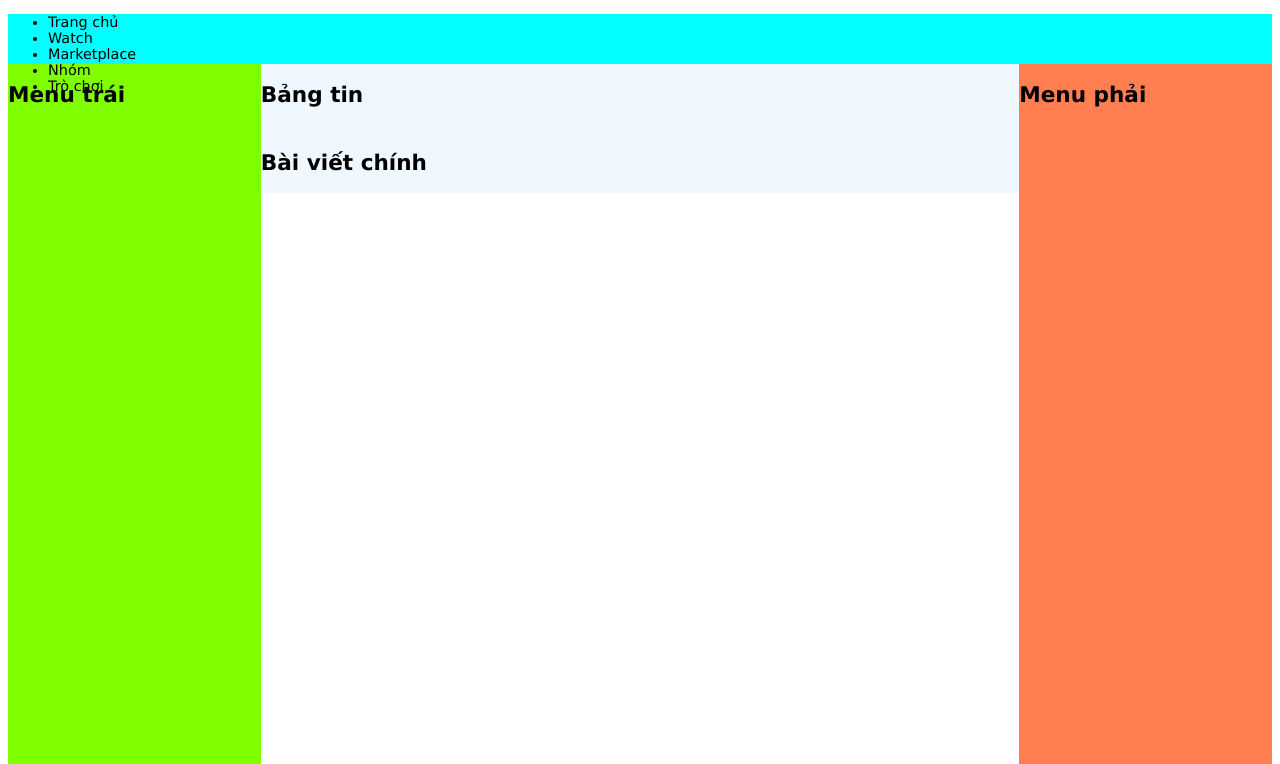
Repository: congle98/CSS_LayoutFacebookCoBan
Page: index.html
An editor plug-in stored every save of this project. The page is shown before and after the next save, followed by the edit.
The browser window is 1280 px wide. The pictures show the whole page.

Above is the page before, as saved 2021-05-26 15:32:38.

### index.html
<!DOCTYPE html>
<html lang="en">
<head>
    <meta charset="UTF-8">
    <meta http-equiv="X-UA-Compatible" content="IE=edge">
    <meta name="viewport" content="width=device-width, initial-scale=1.0">
    <title>Document</title>
    <style>
        body {
            font-family: Verdana,sans-serif;
            font-size: 0.9em;
        }
        header{
            background-color: cyan;
            width: 100%;
            height: 50px;

        }
        #sidebar-left{
            width: 20%;
            float: left;
            background-color: chartreuse;
            height: 700px;
        }
        section{
            width: 60%;
            float: left;
            background-color:aliceblue;
        }
        #sidebar-right{
            width: 20%;
            float: right;
            background-color:coral;
            height: 700px;
        }
        #article-1{
            height: 50px;
            background-color:
        }
        #article-2{

        }

    </style>
</head>
<body>
    <header>
        <nav>
            <ul>
                <li>Trang chủ</li>
                <li>Watch</li>
                <li>Marketplace</li>
                <li>Nhóm</li>
                <li>Trò chơi</li>
            </ul>
        </nav>
    </header>
    <div id="sidebar-left">
        <h2>Menu trái</h2>
    </div>
    <section>
        <article id="article-1">
            <h2>Bảng tin</h2>
        </article>
        <article id="article-2">
            <h2>Bài viết chính</h2>
        </article>
    </section>
    <div id="sidebar-right">
        <h2>Menu phải</h2>
    </div>
</body>
</html>

After the next save:
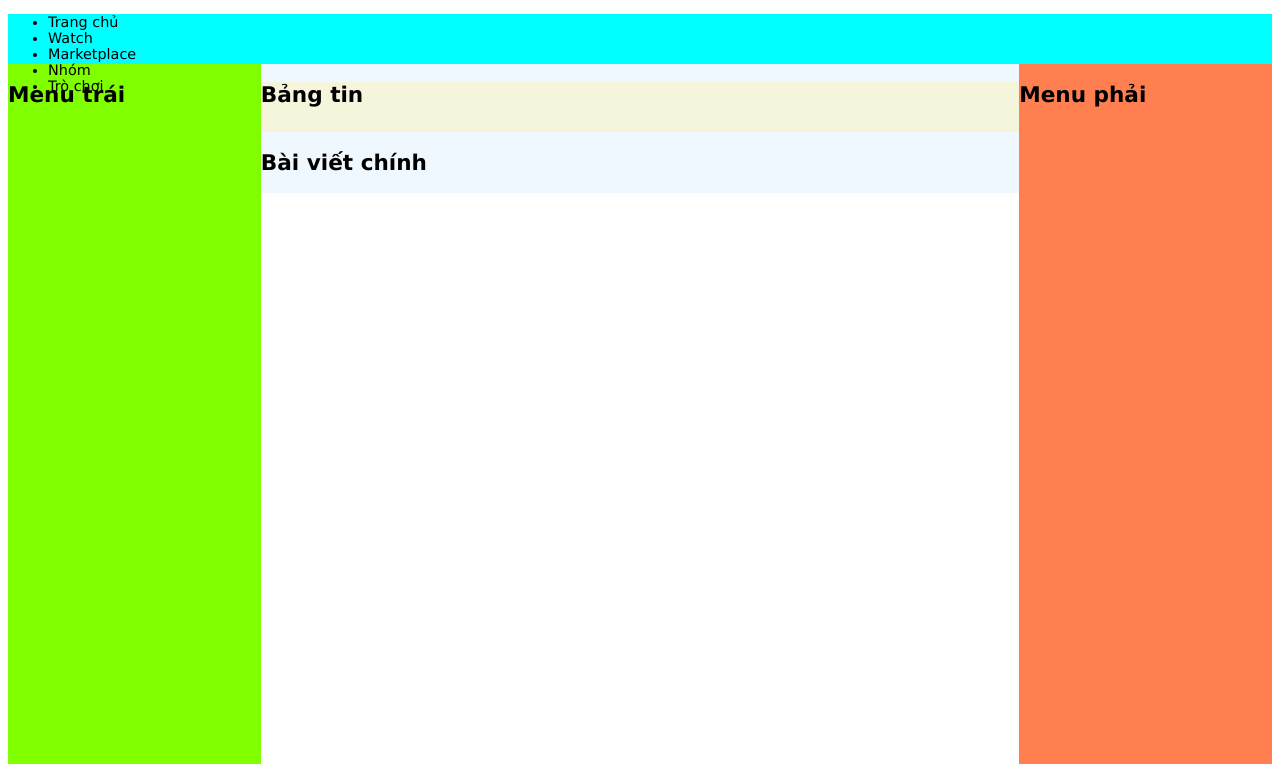
Saved 9 s later.
--- a/index.html
+++ b/index.html
@@ -35,7 +35,7 @@
         }
         #article-1{
             height: 50px;
-            background-color:
+            background-color:beige
         }
         #article-2{
 
